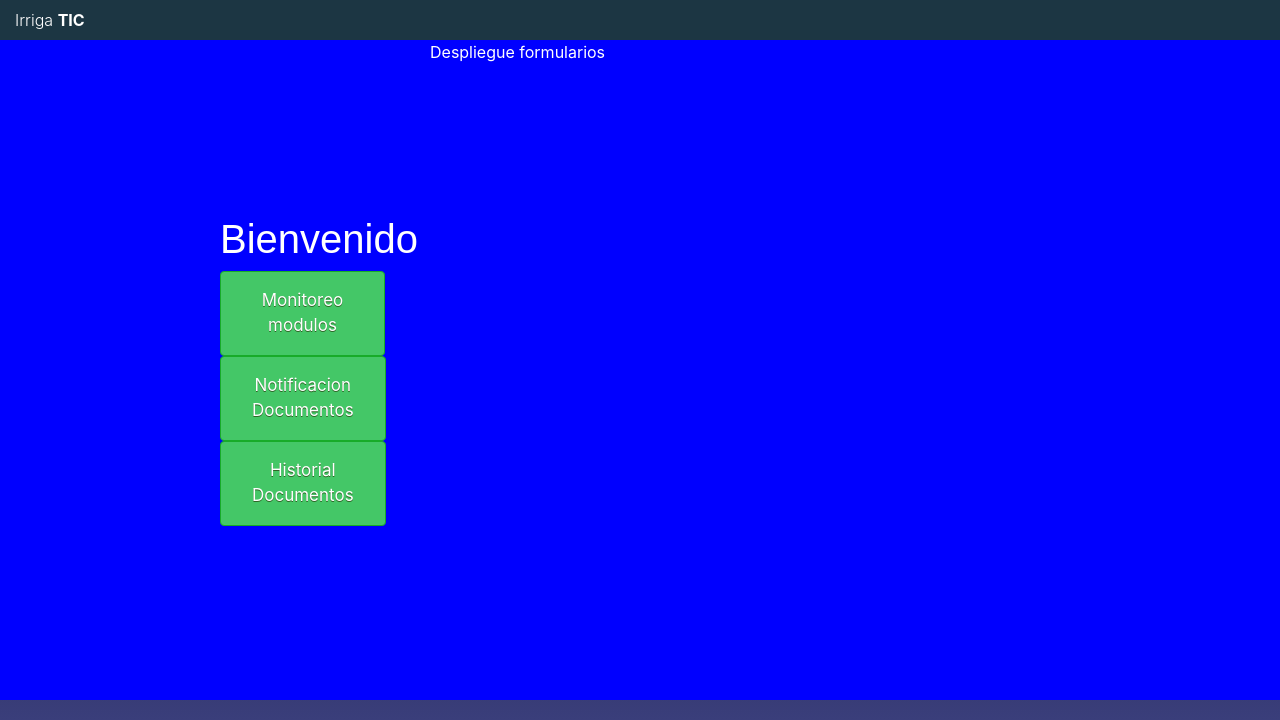
Repository: CristianPalta1/pages_react
Page: /Dashboard
An editor plug-in stored every save of this project. The page is shown before and after the next save, followed by the edit.
The browser window is 1280 px wide. The pictures show the whole page.
The project was rebuilt for these pictures with package versions that can differ from the ones it lists, and the page was loaded fresh each time. Also part of the build but not shown: src/components/Forms.jsx, src/pages/Inicio.jsx, src/pages/IngresoDoc.jsx, src/pages/NotifiDoc.jsx, src/pages/styles/Badges.css, src/components/Registros.jsx, src/components/styles/BadgesList.css, src/components/BadgeList.jsx and 6 more.

Above is the page before, as saved 2019-08-29 08:41:19.

After the next save:
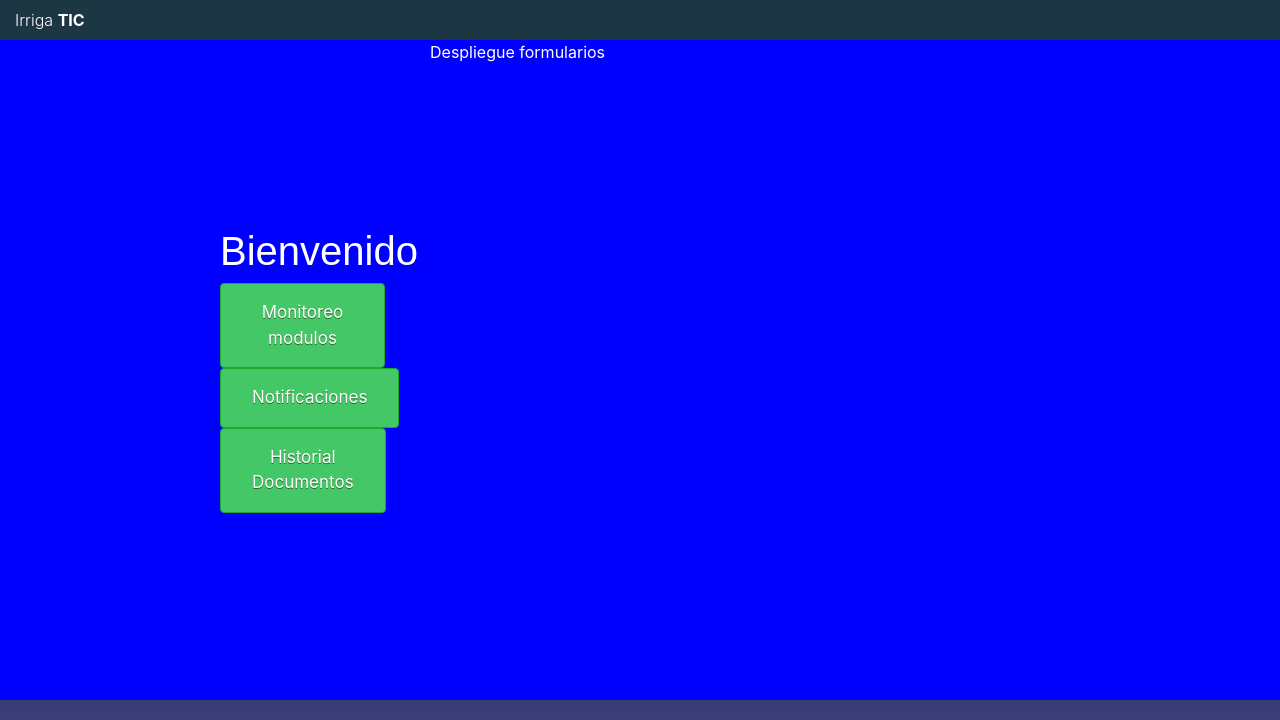
Saved 17 s later.
--- a/src/components/Container.jsx
+++ b/src/components/Container.jsx
@@ -10,7 +10,7 @@ class Carousel extends Component {
             {/* <div className="col-4"> */}
               <h1>Bienvenido </h1>
               <button>Monitoreo modulos</button>
-              <button>Notificacion Documentos</button>
+              <button>Notificaciones</button>
               <button>Historial Documentos</button>
             {/* </div> */}
             {/* <div className="col-8">jojoj</div> */}
